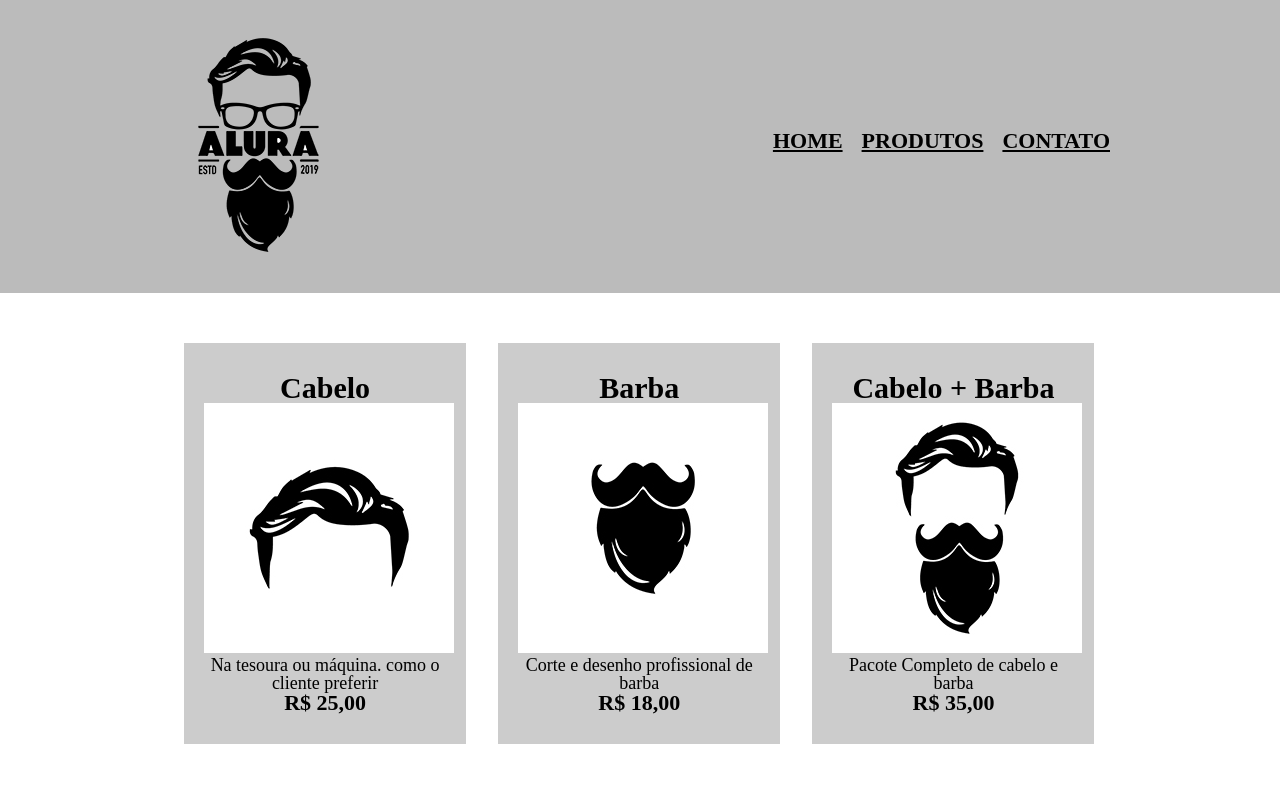
Repository: AnaBerlanda/AulaAlura
Page: produtos.html
These files come from the project's save history. The page is drawn as it stood at one moment and after the next save; the edit follows.
The browser window is 1280 px wide. The pictures show the whole page.

Above is the page before, as saved 2022-04-11 16:19:26.

After the next save:
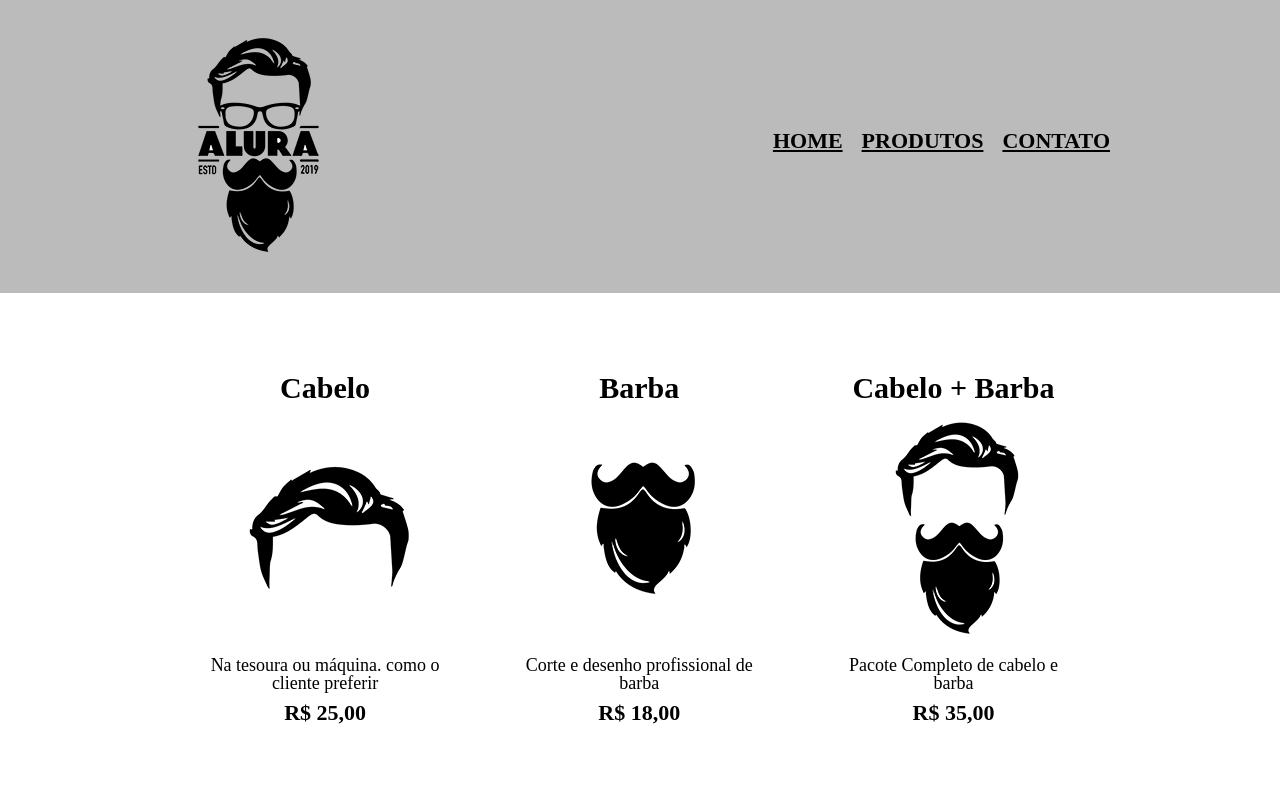
Saved 106 s later.
--- a/produtos.css
+++ b/produtos.css
@@ -33,7 +33,6 @@ nav a{
     text-align: center;
     width: 30%;
     vertical-align: top;
-    background-color: #cccccc;
     margin: 0 1.5%;
     padding: 30px 20px;
     box-sizing: border-box;
@@ -45,6 +44,7 @@ nav a{
 .produto-preco{
     font-size: 22px;
     font-weight: bold;
+    margin-top: 10px;
 }
 .produto-desc{
     font-size: 18px;
